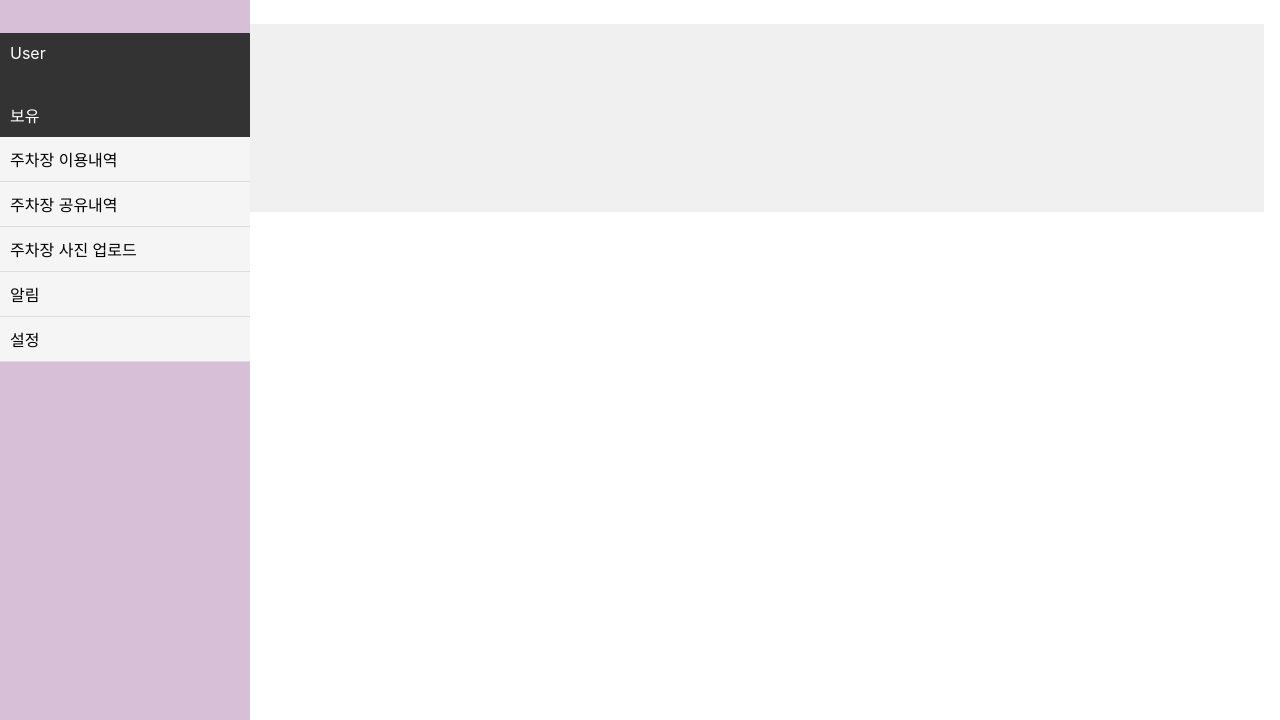
Repository: ohjjoa/reactTest
Page: /, after clicking the first element matching `img`
The author's editor kept a copy of each file at every save. The page is drawn from the files as they stood at one save, then again after the next save.
The browser window is 1280 px wide. The pictures show the whole page.
The project was rebuilt for these pictures with package versions that can differ from the ones it lists, and the page was loaded fresh each time.

Above is the page before, as saved 2024-08-02 05:28:05.

After the next save:
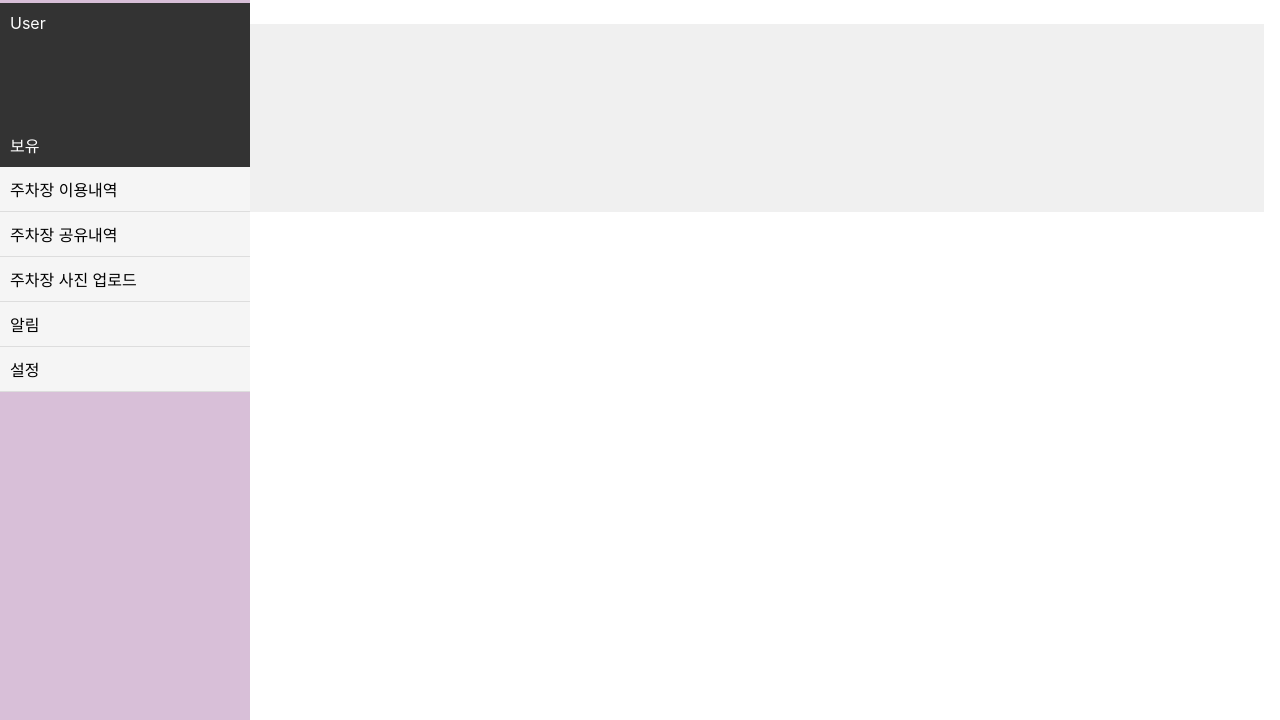
Saved 87 s later.
--- a/src/pages/Home/index.tsx
+++ b/src/pages/Home/index.tsx
@@ -92,7 +92,7 @@
             backgroundColor: '#333',
             color: '#fff',
             width: '100%', // 사이드바와 같은 너비
-            height: '60px',
+            height: '120px',
             boxSizing: 'border-box', // 패딩이 요소의 총 너비에 포함되도록
             overflow: 'hidden', // 텍스트 넘칠 때 숨기기
             textOverflow: 'ellipsis', // 텍스트 넘칠 때 '...' 표시

After the save that followed:
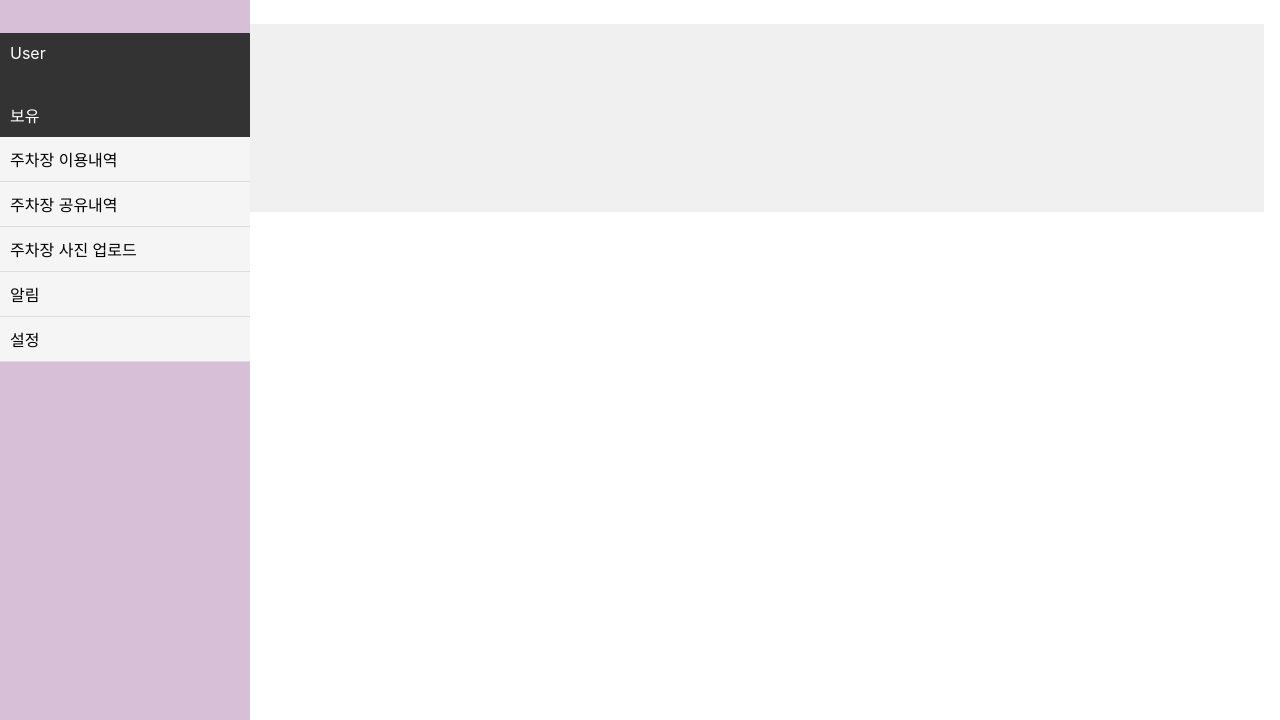
Saved 42 s later.
--- a/src/pages/Home/index.tsx
+++ b/src/pages/Home/index.tsx
@@ -92,7 +92,7 @@
             backgroundColor: '#333',
             color: '#fff',
             width: '100%', // 사이드바와 같은 너비
-            height: '120px',
+            height: '60px',
             boxSizing: 'border-box', // 패딩이 요소의 총 너비에 포함되도록
             overflow: 'hidden', // 텍스트 넘칠 때 숨기기
             textOverflow: 'ellipsis', // 텍스트 넘칠 때 '...' 표시
